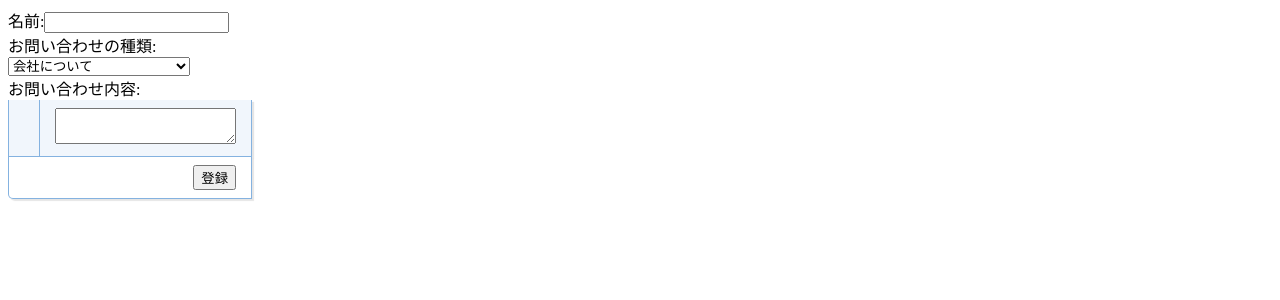
Repository: sasakisou/test
Page: http://localhost/WebProj5/InquiryAction.action
An editor plug-in stored every save of this project. The page is shown before and after the next save, followed by the edit.
The browser window is 1280 px wide. The pictures show the whole page.
The page is served by Tomcat 9. Other server files are loaded and not shown.

Above is the page before, as saved 2018-12-19 01:37:31.

### WebProj5/WebContent/inquiry.jsp
<%@ page language="java" contentType="text/html; charset=UTF-8" pageEncoding="UTF-8"%>
<%@ taglib prefix="s" uri="/struts-tags" %>
<!DOCTYPE html>
<html>
<head>
<meta charset="UTF-8">
<link rel="stylesheet" type="text/css" href="./css/style.css">
<title>お問い合わせフォーム</title>
</head>
<body>
<s:form method="post" action="InquiryCompleteAction">
	名前:<input type="text" name="name" /><br>
	お問い合わせの種類:<br>
	<select name="qtype">
		<option value="company">会社について</option>
		<option value="product">製品について</option>
		<option value="support">アフターサポートについて</option>
	</select>
	<br>
	お問い合わせ内容:
	<s:textarea name="body" />
	<br><s:submit value="登録" />
	</s:form>
</body>
</html>

### WebProj5/WebContent/css/style.css
@CHARSET "UTF-8";

table{
	width:auto;
	border-spacing:0;
	font-size:14px;
}
table th{
	color:#fff;
	padding:8px 15px;
	background:#258;
	background:-moz-linear-gradient(rgba(34,85,136,0.7), rgba(34,85,136,0.9) 50%);
	background:-webkit-gradient(linear,100% 0%,100% 50%,from(rgba(34,85,136,0.7)),to(rgba(34,85,136,0.9)));
	font-weight:bold;
	border-left:1px solid #258;
	border-top:1px solid #258;
	border-bottom:1px solid #258;
	line-height:120%;
	text-align:center;
	text-shadow:0 -1px 0 rgba(34,85,136,0.9);
	box-shadow:0px 1px 1px rgba(255,255,255,0.3) inset;
}
table th:first-child{
	border-radius:5px 0 0 0;
}
table th:last-child{
	border-radius:0 5px 0 0;
	border-right:1px solid #258;
	box-shadow:2px 2px 1px rgba(0,0,0,0.1)0px 1px 1px rgba(255,255,255,0.3) inset;
}
table tr td{
	padding :8px 15px;
	border-bottom:1px solid #84b2e0;
	border-left:1px solid #84b2e0;
	text-align:center;
}
table tr td:last-child{
	border-right:1px solid #84b2e0;
	box-shadow:2px 2px 1px rgba(0,0,0,0.1);
}
table tr{
	background:#fff;
}
table tr:nth-child(2n+1){
	background:#f1f6fc;
}
table tr:last-child td{
	box-shadow:2px 2px 1px rgba(0,0,0,0.1);
}
table tr:last-child td:first-child{
	border-radius:0 0 0 5px;
}
table tr:last-child td:last-child{
	border-radius:0,0,5px 0;
}
table tr:hover{
	background:#bbd4ee;
	cursor:pointer;
	}

After the next save:
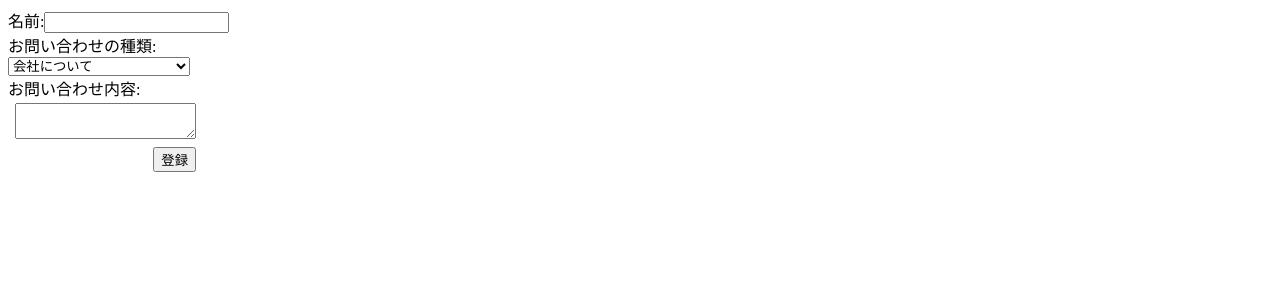
Saved 72 min 20 s later.
--- a/WebProj5/WebContent/inquiry.jsp
+++ b/WebProj5/WebContent/inquiry.jsp
@@ -4,7 +4,6 @@
 <html>
 <head>
 <meta charset="UTF-8">
-<link rel="stylesheet" type="text/css" href="./css/style.css">
 <title>お問い合わせフォーム</title>
 </head>
 <body>
